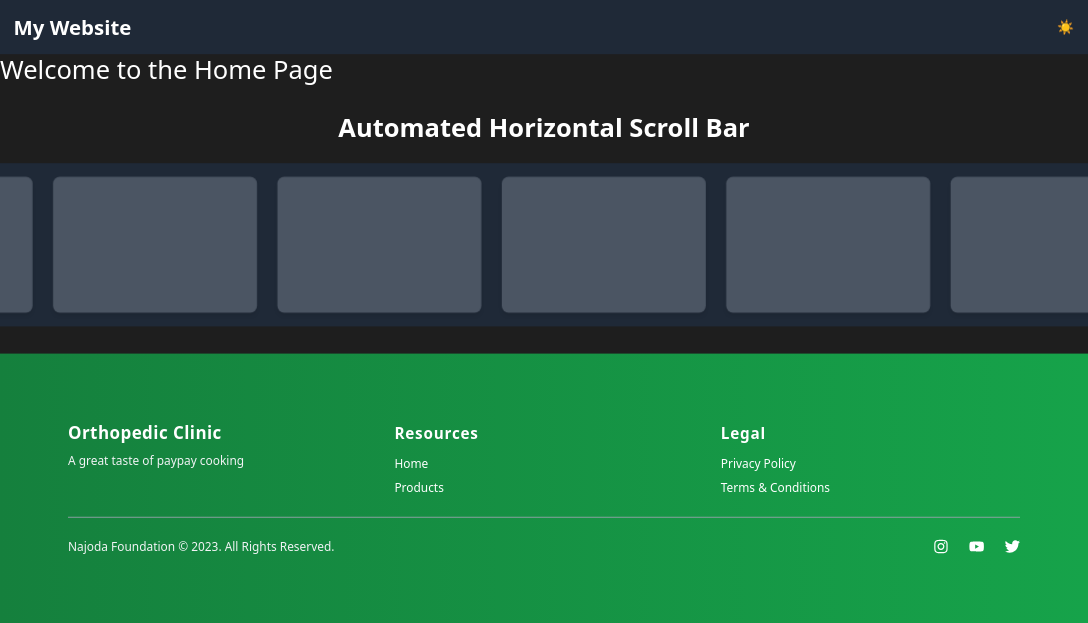
Repository: countaustin1990/file-C-Users-user-Documents-Final-20Cart
Page: / (app in Documents/BXXXN/my-app/)
The author's editor kept a copy of each file at every save. The page is drawn from the files as they stood at one save, then again after the next save.
The browser window is 1280 px wide. The pictures show the whole page, at 85% of full size.
Pictures or frames that could not be fetched are drawn as grey boxes. The project was rebuilt for these pictures with package versions that can differ from the ones it lists, and the page was loaded fresh each time. Also part of the build but not shown: Documents/BXXXN/my-app/vite.config.js, Documents/BXXXN/my-app/src/components/horizontalscroll/style.css.

Above is the page before, as saved 2024-10-21 01:00:43.

After the next save:
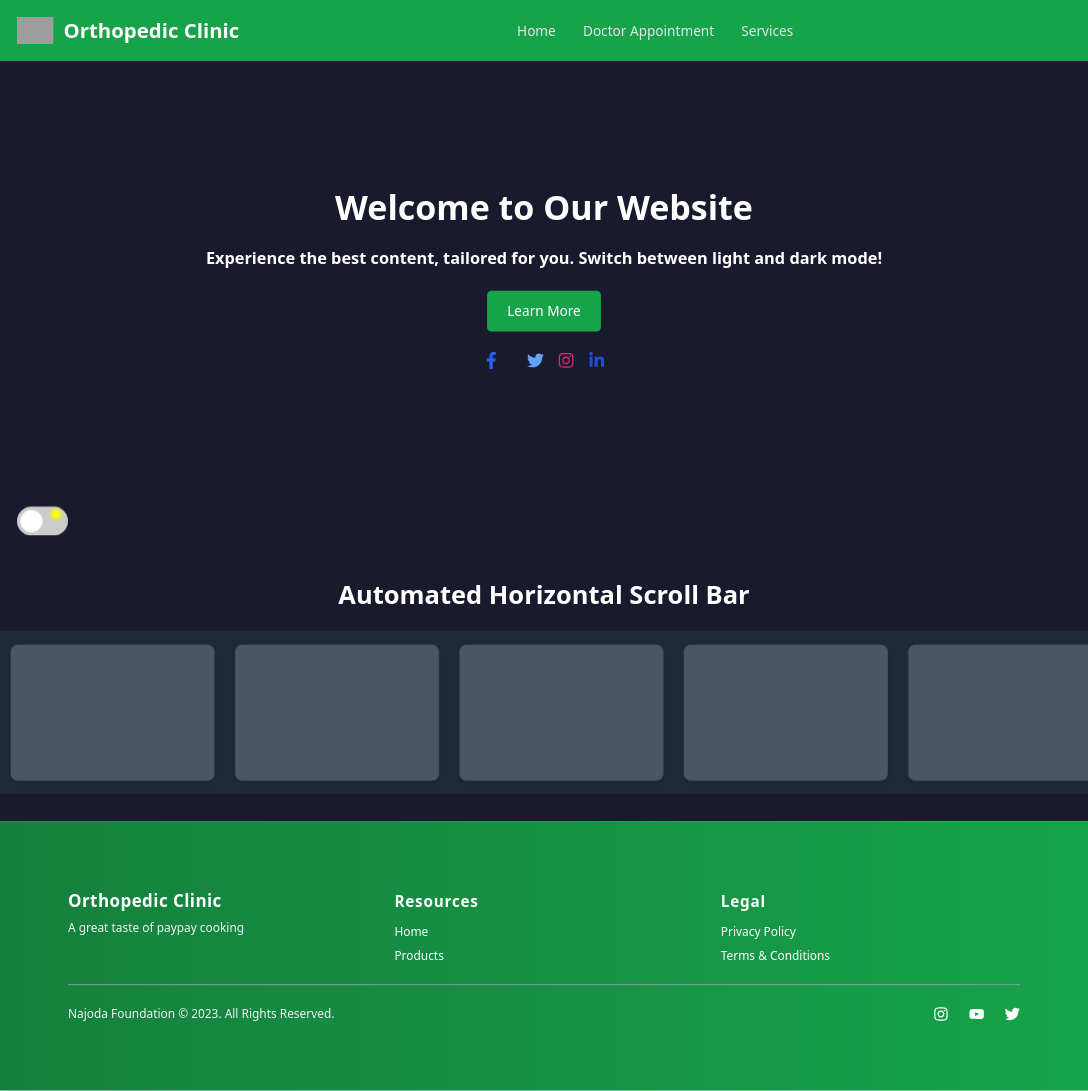
Saved 72 s later.
--- a/Documents/BXXXN/my-app/src/App.jsx
+++ b/Documents/BXXXN/my-app/src/App.jsx
@@ -1,39 +1,36 @@
 import { BrowserRouter as Router, Routes, Route } from 'react-router-dom';
+import Navbar from './components/navbar/Navbar';
+import Home from './pages/home/Home';
+import Footer from './components/footer/Footer';
 import { useEffect, useState } from 'react';
-import Navbar from './components/navbar/Navbar.test';
-import Home from './pages/home/Home.test';
-import Footer from './components/footer/Footer';
-
 
 const App = () => {
-  // State for theme, default to 'dark'
   const [theme, setTheme] = useState('dark');
 
-  // Function to toggle theme and update localStorage
+  // Toggle theme function
   const toggleTheme = () => {
     const newTheme = theme === 'light' ? 'dark' : 'light';
     setTheme(newTheme);
     localStorage.setItem('theme', newTheme);
   };
 
-  // Load saved theme from localStorage on initial load
   useEffect(() => {
     const savedTheme = localStorage.getItem('theme');
     if (savedTheme) {
       setTheme(savedTheme);
+    } else {
+      setTheme('dark'); // Default to dark mode
     }
   }, []);
 
   return (
     <Router>
-      <div className={`app ${theme}-mode`}>
-        <Navbar theme={theme} toggleTheme={toggleTheme} />
-        <Routes>
-          <Route path="/" element={<Home theme={theme} />} />  {/* Default route */}
-          {/* Add more routes as needed */}
-        </Routes>
-        <Footer theme={theme} />
-      </div>
+      <Navbar toggleTheme={toggleTheme} theme={theme} />
+      <Routes>
+        <Route path="/" element={<Home theme={theme} />} /> {/* Pass theme prop to Home */}
+        {/* Add more routes as needed */}
+      </Routes>
+      <Footer />
     </Router>
   );
 };
